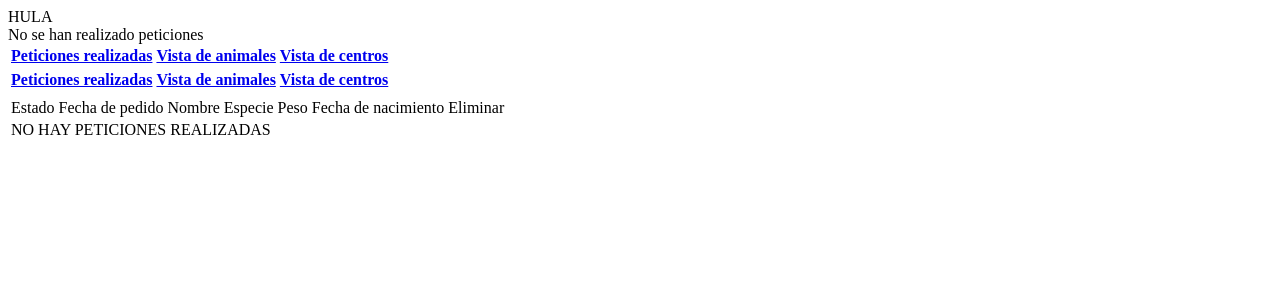
Repository: jorgesanchezfernandez/CodePortfolio
Page: http://localhost/Perrera/confirmarPeticiones.jsp
These files come from the project's save history. The page is drawn as it stood at one moment and after the next save; the edit follows.
The browser window is 1280 px wide. The pictures show the whole page.
The page is served by Tomcat 9. Other server files are loaded and not shown.

Above is the page before, as saved 2006-05-04 15:50:33.

### Java & Javascript/Web/Perrera/WebContent/confirmarPeticiones.jsp
<?xml version="1.0" encoding="ISO-8859-1" ?>
<%@ page language="java" contentType="text/html; charset=ISO-8859-1"
    pageEncoding="ISO-8859-1" import="java.util.*,Perrera.*"%>
<!DOCTYPE html PUBLIC "-//W3C//DTD XHTML 1.0 Transitional//EN" "http://www.w3.org/TR/xhtml1/DTD/xhtml1-transitional.dtd">
<html xmlns="http://www.w3.org/1999/xhtml">
<head>
<meta http-equiv="Content-Type" content="text/html; charset=ISO-8859-1" />
<title>Insert title here</title>
</head>
<body>
<%="HULA" %>
<%
IPetProcesor petProces = new PetProcesor();
String mensaje=null;
LineaPeticion peticiones = (LineaPeticion)session.getAttribute("session.peticiones");
Usuario usuario=(Usuario)session.getAttribute("session.usu");

if(peticiones != null && usuario!=null)
{
	petProces.registraPeticion(usuario,peticiones);
	mensaje = new String ("Se realizaron las peticiones correctamente");
}
else
{
		mensaje = new String ("No se han realizado peticiones");
}


%>
<div>
<%=mensaje%>
</div>
<div>
	<jsp:include page="Menu.html"  />
</div>
<div>
	<jsp:include page="LineaPeticiones.jsp?botones=0"  />
</div>
</body>
</html>

### Java & Javascript/Web/Perrera/WebContent/Menu.html
<html>
<body>
	<table id="menu">
		<tr>
			<th>
				<a href="FrontController?respuesta=LineaPeticiones.jsp?botones=1">Peticiones realizadas</a>
			</th>
			<th>
				<a href="FrontController?respuesta=VistaAnimales.jsp">Vista de animales</a>
			</th>
			<th>
				<a href="FrontController?respuesta=VistaCentros.jsp">Vista de centros</a>
			</th>
		</tr>
	</table>


</body>
</html>

### Java & Javascript/Web/Perrera/WebContent/LineaPeticiones.jsp
<?xml version="1.0" encoding="ISO-8859-1" ?>
<%@ page language="java" contentType="text/html; charset=ISO-8859-1"
    pageEncoding="ISO-8859-1" import="java.util.*,Perrera.*" %>
<!DOCTYPE html PUBLIC "-//W3C//DTD XHTML 1.0 Transitional//EN" "http://www.w3.org/TR/xhtml1/DTD/xhtml1-transitional.dtd">
<html xmlns="http://www.w3.org/1999/xhtml">
<head>
<meta http-equiv="Content-Type" content="text/html; charset=ISO-8859-1" />
<title>Peticiones realizadas</title>
</head>
<body>
<div>
	<jsp:include page="Menu.html"  />
</div>
	<table>
		<tr>
			<td colspan="7"></td>
		</tr>
		<tr>
			<td>Estado</td><td>Fecha de pedido</td><td>Nombre</td><td>Especie</td><td>Peso</td><td>Fecha de nacimiento</td><td>Eliminar</td>
		</tr>
<%
		LineaPeticion sessionPeticiones = (LineaPeticion)session.getAttribute("session.peticiones");
		int contador=1;
		if(sessionPeticiones != null){
			List peticiones = sessionPeticiones.getPeticiones();
        	Iterator it = peticiones.iterator();
        	while (it.hasNext()) {
				Peticion pet= (Peticion) it.next();
				Animal animal = pet.getAnimal();
%>
				<tr>
						<td> <%=pet.getEstado() %> </td>
						<td> <%=pet.getFecha().toString()%> </td>
						<td> <%=animal.getNombre() %></td>
						<td> <%=animal.getEspecie() %></td>
						<td> <%=animal.getPeso() %></td>
						<td> <%=animal.getFechaNacimiento() %></td>
						<td> <a href="FrontController?respuesta=eliminarPeticion.jsp?numSerie=<%=animal.getNumSerie()%>"><img></a></td>
				</tr>
<%
			contador++;
			}
        }else{%>
			<tr>
					<td colspan='6'>
					NO HAY PETICIONES REALIZADAS
					</td>
			</tr>
    <%}
   if(contador>=LineaPeticion.MAX_PETICIONES){
    	%>
				<tr>
						<td colspan='6'>
							Maximo de peticiones alcanzadas.
						</td>
				</tr>
<% }
	if(!request.getParameter("botones").equals("0") && contador<=LineaPeticion.MAX_PETICIONES && contador>1){%>
				<tr>
						<td colspan='3'>
						<a href="FrontController?respuesta=confirmarPeticiones.jsp"><img></a>
						</td>
				</tr>
<%	}%>
	</table>
</body>
</html>

### Java & Javascript/Web/Perrera/src/Perrera/IPetProcesor.java
package Perrera;

import java.util.List;
import java.util.LinkedList;
import java.util.Iterator;
import java.lang.Comparable;

public interface IPetProcesor {
	public void registraPeticion(Usuario usu, LineaPeticion lPet);
	public void eliminarPeticion(Animal animal,LineaPeticion lp);
}

### Java & Javascript/Web/Perrera/src/Perrera/PetProcesor.java
package Perrera;

import java.util.List;
import java.util.Iterator;

public class PetProcesor implements IPetProcesor {

	public void registraPeticion(Usuario usu, LineaPeticion lp){
		//Registra una nueva peticion.
		try{

			usu.setLPeticiones(lp);
			Iterator it=lp.getPeticiones().iterator();
			Peticion pet=null;

			while(it.hasNext()){
				pet=(Peticion)it.next();
				pet.setEstado(Peticion.PENDIENTE_ADJUDICACION);
				pet.getAnimal().addPeticionUsuario(usu);
			}
		}catch(Exception e){
			System.out.println("La peticion no pudo ser añadida al usuario");
		}
	}

	public void eliminarPeticion(Animal animal, LineaPeticion lp){
		//Elimina el numero de peticion deseada de un usuario
		try{
			lp.removePeticion(animal.getNombre());
			animal.removePeticionUsuario(lp.getUsu());
		}catch(Exception e){
			System.out.println("No ha podido eliminarse la peticion");
		}
	}
}

After the next save:
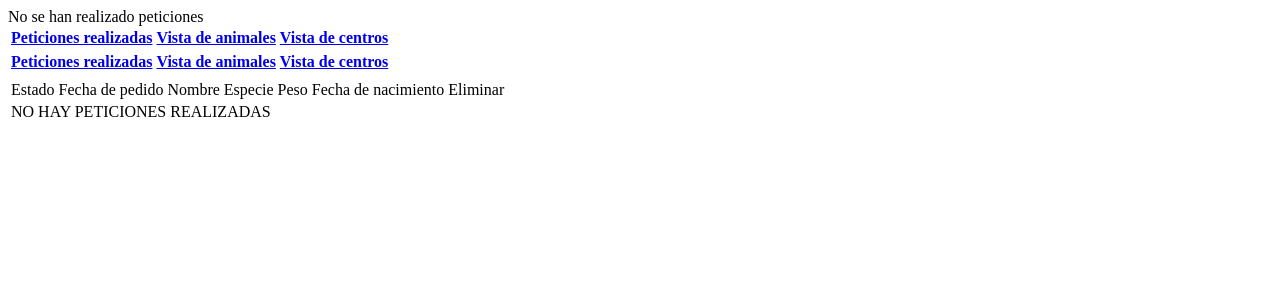
Saved 74 s later.
--- a/Java & Javascript/Web/Perrera/WebContent/confirmarPeticiones.jsp
+++ b/Java & Javascript/Web/Perrera/WebContent/confirmarPeticiones.jsp
@@ -8,7 +8,6 @@
 <title>Insert title here</title>
 </head>
 <body>
-<%="HULA" %>
 <%
 IPetProcesor petProces = new PetProcesor();
 String mensaje=null;
